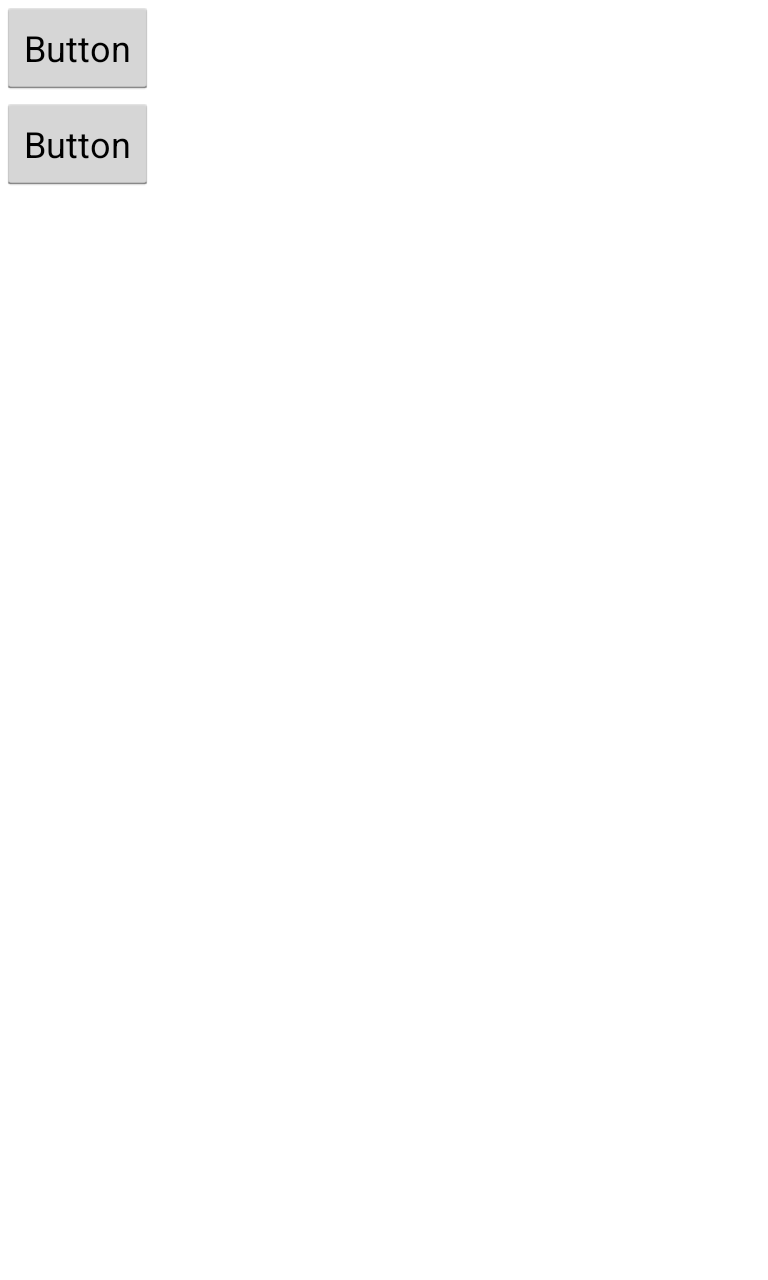
Repository: RaymondCalderon/programs_school
Layout: Trabajos Eclipse/Apps eclipse/FoxEnglish/res/layout/actividad3.xml
These files come from the project's save history. The layout is drawn as it stood at one moment and after the next save; the edit follows.
It is drawn on a 768 x 1280 px phone screen (xhdpi) without system bars, with theme AppTheme; the app's code is not run.

Above is the layout before, as saved 2016-02-26 05:50:23.

After the next save:
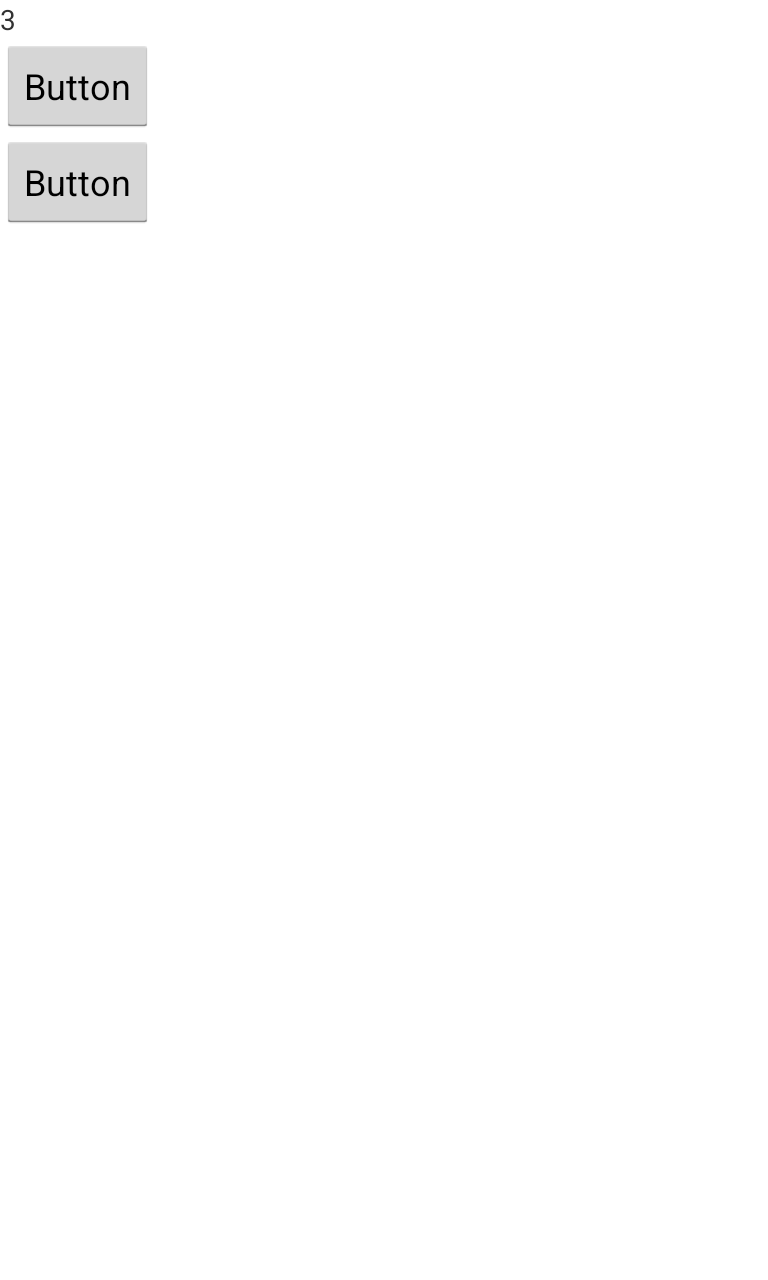
Saved 16 s later.
--- a/Trabajos Eclipse/Apps eclipse/FoxEnglish/res/layout/actividad3.xml
+++ b/Trabajos Eclipse/Apps eclipse/FoxEnglish/res/layout/actividad3.xml
@@ -3,6 +3,12 @@
     android:layout_width="match_parent"
     android:layout_height="match_parent"
     android:orientation="vertical" >
+
+    <TextView
+        android:id="@+id/textView1"
+        android:layout_width="wrap_content"
+        android:layout_height="wrap_content"
+        android:text="3" />
 
     <Button
         android:id="@+id/a3btn1"
